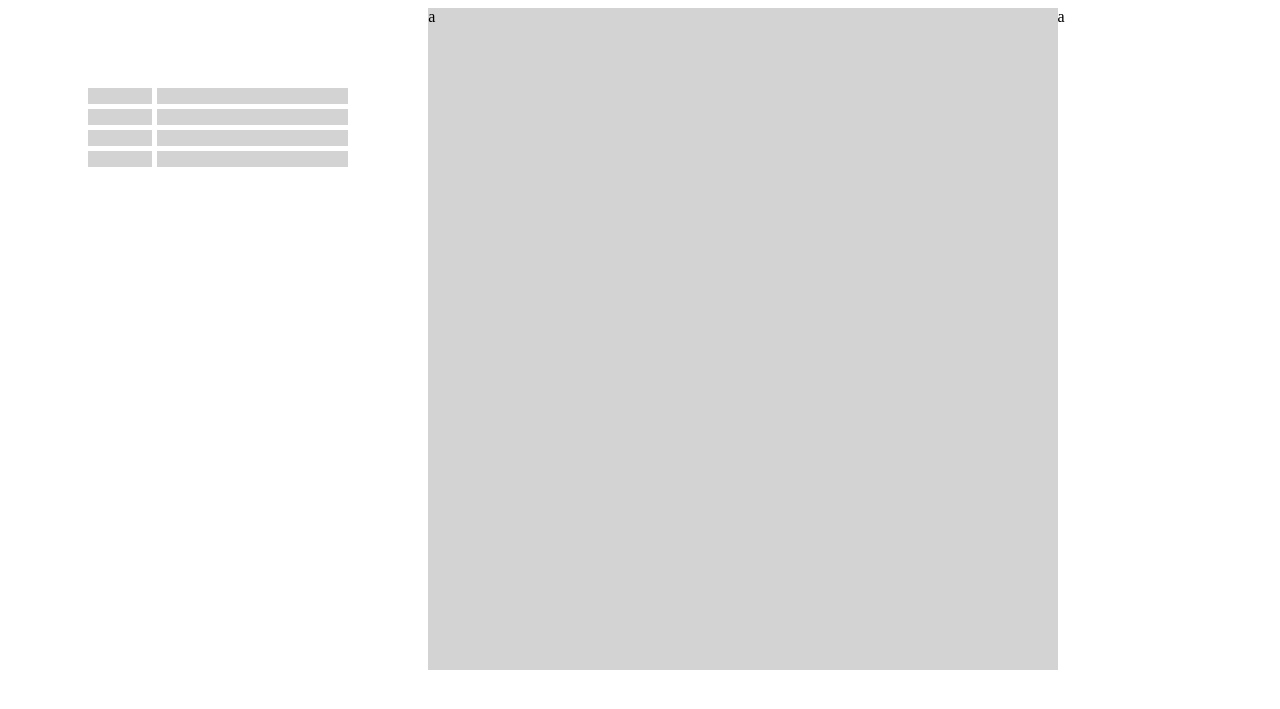
Repository: tr2cky/exercise2
Page: index.html
These files come from the project's save history. The page is drawn as it stood at one moment and after the next save; the edit follows.
The browser window is 1280 px wide. The pictures show the whole page.

Above is the page before, as saved 2022-10-01 11:34:39.

### index.html
<!DOCTYPE html>
<html lang="en">

<head>
    <meta charset="UTF-8">
    <meta http-equiv="X-UA-Compatible" content="IE=edge">
    <meta name="viewport" content="width=device-width, initial-scale=1.0">
    <link rel="stylesheet" href="style.css">
    <title>Document</title>
</head>

<body>
    <div class="container">
        <div class="side1">
        <div id="box1"></div>
        <div id="box2"></div>
        <div id="box3"></div>
        <div id="box4"></div>
        <div id="box5"></div>
        <div id="box6"></div>
        <div id="box7"></div>
        <div id="box8"></div>
        </div>
        <main>
            a
        </main>
        <div class="side2">
            a
        </div>
    </div>
</body>

</html>

### style.css
.container {
    display: flex;
    flex-direction: row;
    height: 92vh;
}
main {
    flex-grow: 3;
    background-color: lightgray;
}
.side1 {
    flex-grow: 1;
    display: grid;
    grid-template-columns: 1fr 3fr;
    grid-auto-rows: 1em;
    gap: 5px;
    margin: 5em;
}
.side2 {
    flex-grow: 1;
}
.side1 div {
    background-color: lightgray;
}
#box1 {
    border: 1px solid lightgray;
    padding: 5px;
}

After the next save:
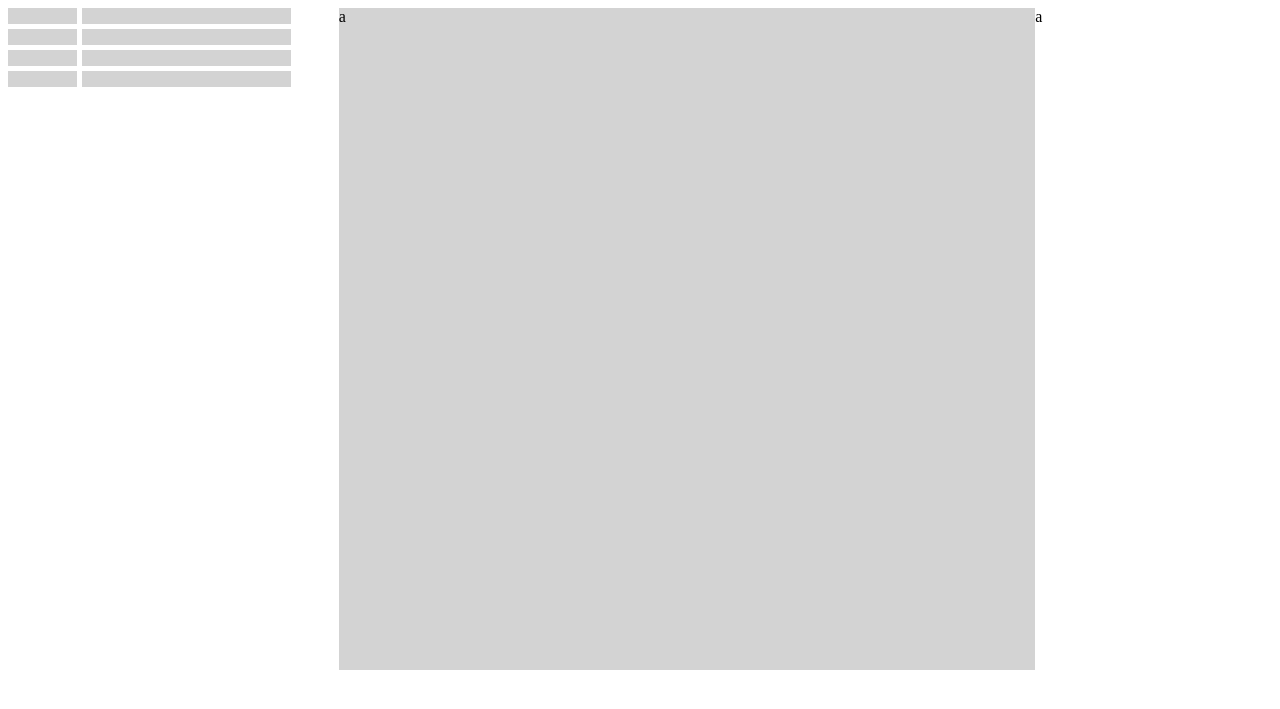
Saved 10 s later.
--- a/style.css
+++ b/style.css
@@ -13,7 +13,7 @@ main {
     grid-template-columns: 1fr 3fr;
     grid-auto-rows: 1em;
     gap: 5px;
-    margin: 5em;
+    margin-right: 3em;
 }
 .side2 {
     flex-grow: 1;
